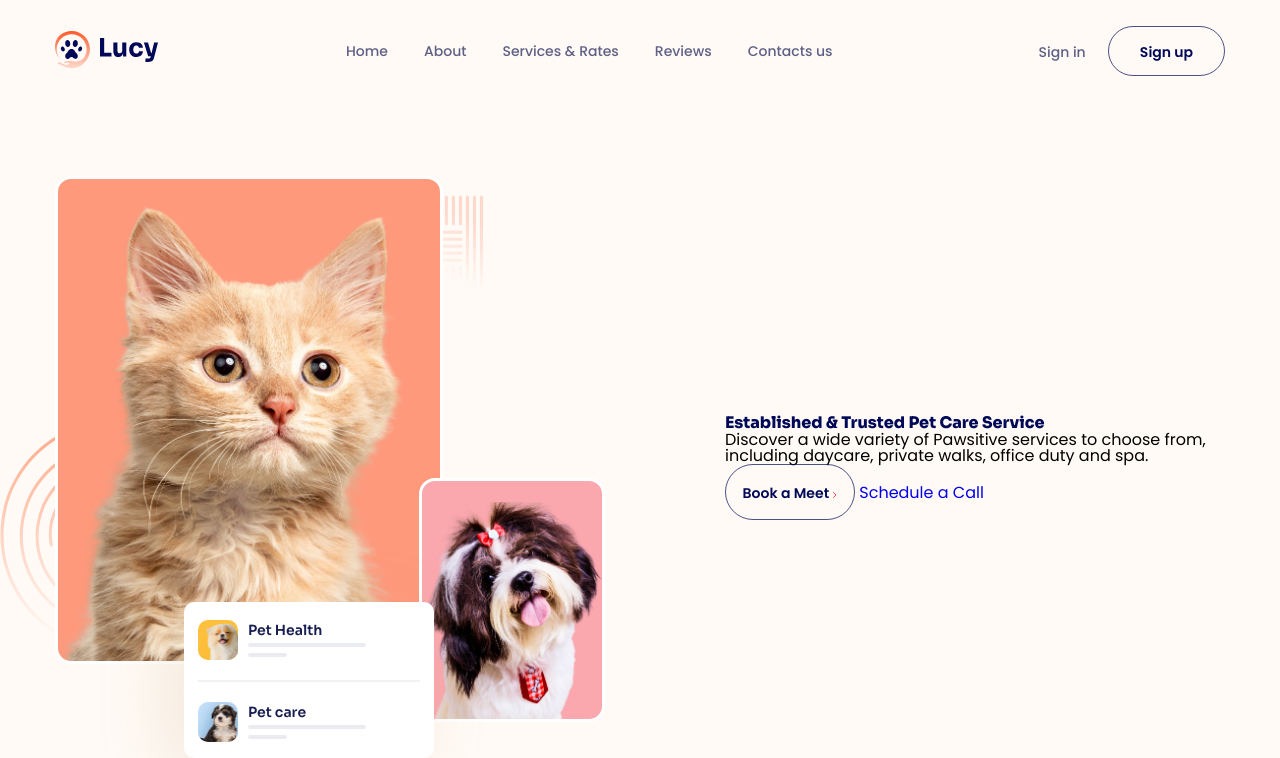
Repository: empty24062002/f8-project-05
Page: index.html
An editor plug-in stored every save of this project. The page is shown before and after the next save, followed by the edit.
The browser window is 1280 px wide. The pictures show the whole page.

Above is the page before, as saved 2023-09-09 18:15:43.

After the next save:
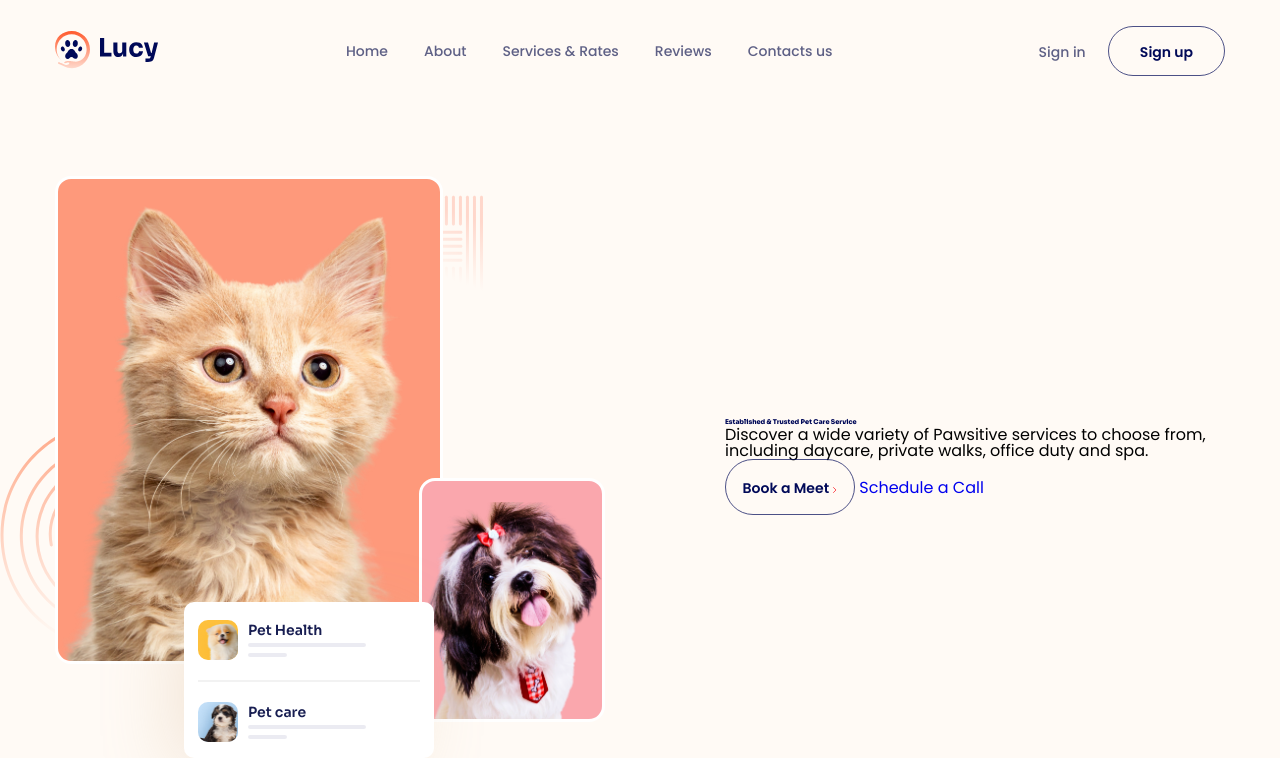
Saved 6 s later.
--- a/assets/css/styles.css
+++ b/assets/css/styles.css
@@ -214,7 +214,7 @@ a {
 
 .hero__heading {
     color: #000958;
-    font-size: 6.6;
+    font-size: 6.6px;
     font-weight: 800;
     line-height: 1.15; /* 115.152% */
 }
